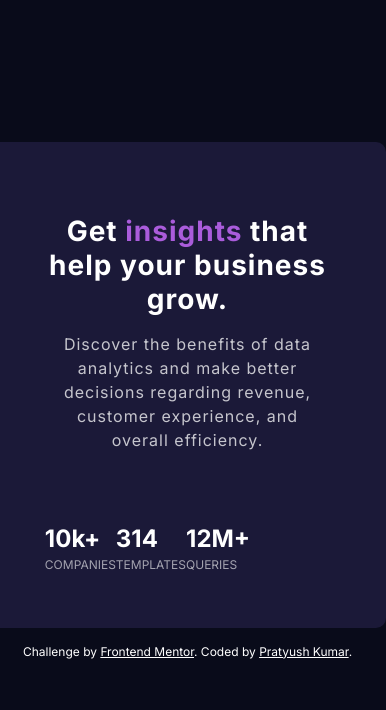
Repository: PratypartyY2K/frontendmentor-challenges
Page: stats-preview-card-component-main/index.html
The author's editor kept a copy of each file at every save. The page is drawn from the files as they stood at one save, then again after the next save.
The browser window is 375 px wide. The page is 386 px wide, so the pictures cover 386 px, including what lies to the right of the window. The pictures show the whole page.

Above is the page before, as saved 2021-07-14 02:07:50.

### stats-preview-card-component-main/index.html
<!DOCTYPE html>
<html lang="en">

<head>
  <meta charset="UTF-8">
  <meta name="viewport" content="width=device-width, initial-scale=1.0">
  <!-- displays site properly based on user's device -->

  <link rel="icon" type="image/png" sizes="32x32" href="./images/favicon-32x32.png">
  <!--font families-->
  <link rel="preconnect" href="https://fonts.googleapis.com">
  <link rel="preconnect" href="https://fonts.gstatic.com" crossorigin>
  <link href="https://fonts.googleapis.com/css2?family=Inter:wght@400;700&display=swap" rel="stylesheet">
  <link rel="stylesheet" href="style.css">



  <title>Frontend Mentor | Stats preview card component</title>

</head>

<body>
  <div class="card-wrapper">
    <div class="card">
      <div class="heading">
        Get <span class="active">insights</span> that help your business grow.
      </div>
      <div class="card-content">
        Discover the benefits of data analytics and make better decisions regarding revenue, customer
        experience, and overall efficiency.
      </div>
      <div class="stats">
        <div>
          <h3>10k+</h3>
          companies
        </div>
        <div>
          <h3>314</h3>
          templates
        </div>
        <div>
          <h3>12M+</h3>
          queries
        </div>
      </div>
    </div>
    <div class="img-container">
      <div class="overlay">
      </div>
    </div>
  </div>
  <div class="attribution">
    Challenge by <a href="https://www.frontendmentor.io?ref=challenge" target="_blank">Frontend Mentor</a>.
    Coded by <a href="#">Pratyush Kumar</a>.
  </div>
</body>

</html>

### stats-preview-card-component-main/style.css
* {
    box-sizing: border-box;
}

body {
    background-color: hsl(233, 47%, 7%);
    margin: 0;
    display: flex;
    flex-direction: column;
    justify-content: center;
    align-items: center;
    min-height: 100vh;
    font-family: 'Inter', sans-serif;
}

.card-wrapper {
    background-color: hsl(244, 38%, 16%);
    display: flex;
    justify-content: center;
    border-radius: 10px;
    overflow: hidden;
}

.card {
    padding: 4rem 6.5rem 4rem 4rem;
}

.heading {
    font-size: 2.75rem;
    color: hsl(0, 0%, 100%);
    padding: 1rem 0;
    font-weight: 700;
    letter-spacing: 1px;
}

.heading .active {
    color: hsl(277, 64%, 61%);
}

.card-content {
    color: hsla(0, 0%, 100%, 0.75);
    font-size: 1rem;
    line-height: 1.5rem;
    padding-right: 4rem;
    letter-spacing: 1px;
}

.stats {
    display: flex;
    justify-content: space-between;
    padding-top: 4.5rem;
    padding-right: 5rem;
}

.stats > div {
    display: flex;
    flex-direction: column;
    align-items: baseline;
}

.stats > div {
    color: hsla(0, 0%, 100%, 0.6);
    text-transform: uppercase;

    font-size: 0.75rem;
}

h3 {
    margin: 0;
    color: white;
    font-weight: 700;
    font-size: 1.5rem;
    margin-bottom: 0.25rem;
    text-transform: none;
}

.img-container {
    background-image: url(images/image-header-desktop.jpg);
    width: 100%;
    background-repeat: no-repeat;
    background-size: cover;
}

.overlay {
    background-color: blueviolet;
    height: 100%;
    mix-blend-mode:multiply;
}

.attribution { font-size: 0.75rem; text-align: center; color: white; margin-top: 1rem;}
.attribution a { color: hsl(228, 45%, 44%); color: white;}

@media only screen and (max-width: 600px) {

    body {
        max-width:max-content;
        padding: 0;
    }
    .card-wrapper {
        flex-direction: column-reverse;
        justify-content: baseline;
        font-size: 1rem;
        text-align: center;
    }

    .card {
        padding: 3.5rem;
    }

    .heading {
        font-size: 1.75rem;
    }

    .card-content {
        padding: 0 0.75rem;
    }


}

After the next save:
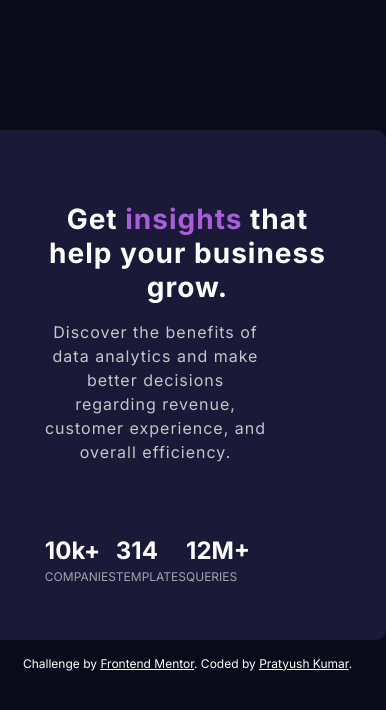
Saved 27 s later.
--- a/stats-preview-card-component-main/style.css
+++ b/stats-preview-card-component-main/style.css
@@ -112,7 +112,7 @@
     }
 
     .card-content {
-        padding: 0 0.75rem;
+
     }
 
 

After the 2 saves that followed:
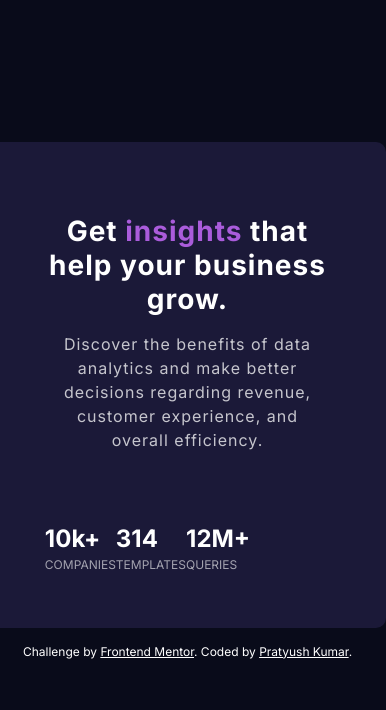
The 2 saves are shown as one change because 1 left the picture as it was.
The last was saved 10 s later.
--- a/stats-preview-card-component-main/style.css
+++ b/stats-preview-card-component-main/style.css
@@ -112,7 +112,7 @@
     }
 
     .card-content {
-
+        padding: 0 1rem;
     }
 
 
